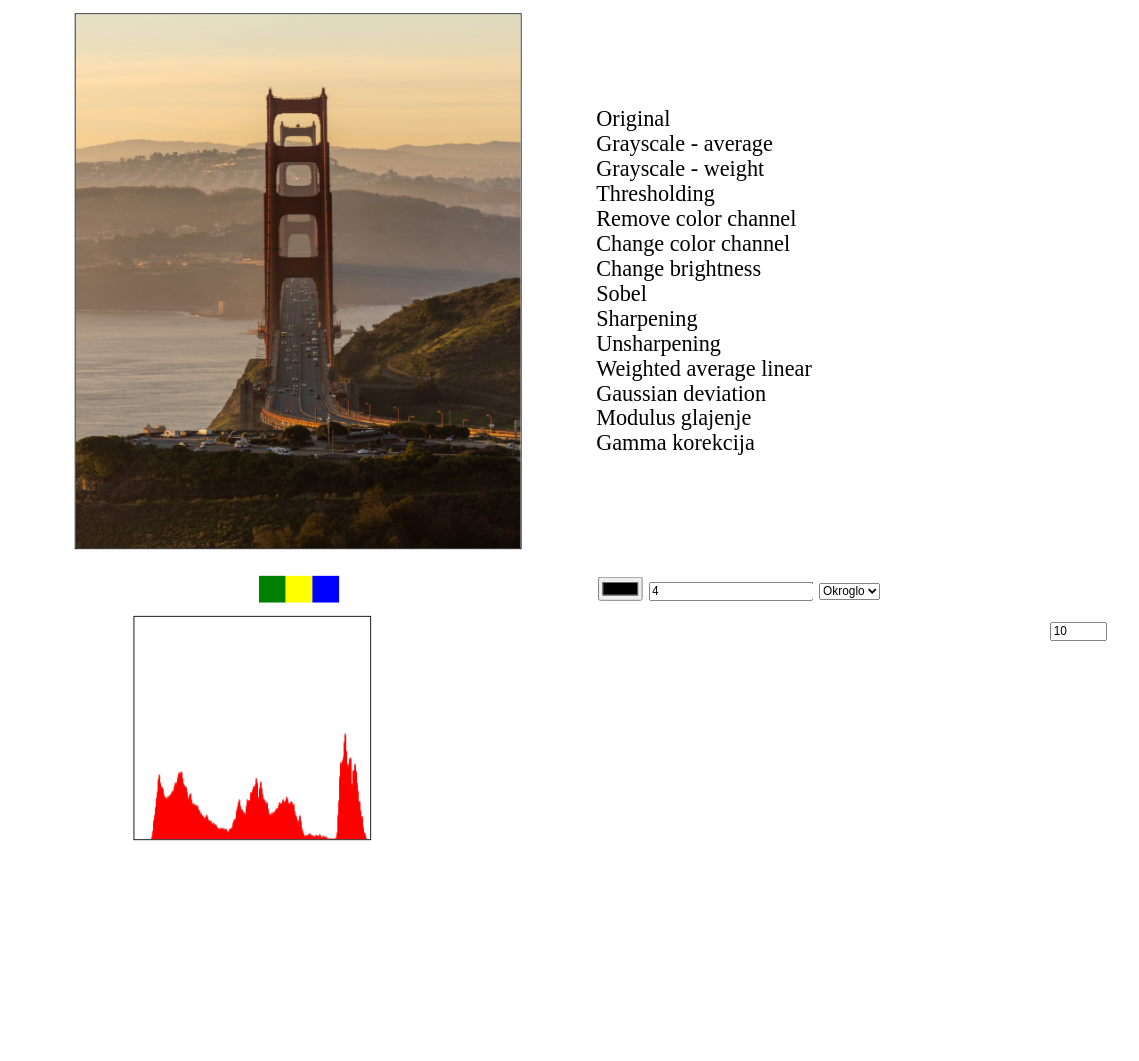
Repository: fussionko/web_photoshop
Page: index.html
The author's editor kept a copy of each file at every save. The page is drawn from the files as they stood at one save, then again after the next save.
The browser window is 1280 px wide. The pictures show the whole page, at 89% of full size.

Above is the page before, as saved 2022-04-28 14:46:58.

### index.html
<!doctype html>
<html lang="en">
    <head>
        <meta charset="utf-8">
        <meta name="viewport" content="width=device-width, initial-scale=1">

        <title>Slike</title>
        <link rel="stylesheet" href="style.css">
    </head>
    <body>
        <div id="container-main">
            <canvas id="main_canvas"></canvas>
            <div id="container-buttons"></div>
            <div id="container-controls"></div>
        </div>
        <div id="container-assist">
            <div id="container-history"><div id="history-back"></div><div id="history-fow"></div><div id="history-reset"></div></div>
            <div id="container-color">
                <input type="color" id="color" value="#000000">
                <input type="number" id="brush-size" step="1" value="4">
                <select id="cap-type">
                    <option value="butt">Butt</option>
                    <option value="round" selected>Okroglo</option>
                    <option value="square">Kvadrat</option>
                </select>
            </div>
        </div>
        <div id="container-histogram">
            <canvas id="main-graph"></canvas>
            <div id="container-graph-data">
                <input type="number" id="basket-num" step="1" max="255" min="1" value="10">
            </div>
        </div>
        <script src="filters.js"></script>
        <script src="draw.js"></script>
        <script src="history.js"></script>
        <script src="graph.js"></script>
        <script src="main.js"></script>
    </body>
</html>

### style.css
html {
    margin: 0;
    width: 100%;
    height: 100%;

    background-color: white !important;
}
body {
    margin: 0;

    display: grid;
    align-items: center;

    font-size: 25px;
    background-color: white !important;
    width: 100%;
    height: 100%;

}

#container-main, #container-assist, #container-historgram {
    margin: 15px 0;
}

#container-main {
    width: 100%;
    display: grid;
    grid-template-columns: auto auto 200px;
    align-items: center;
    justify-content: space-evenly;

}
canvas {

    border: 1px solid black;
}

.button-function {
    border: 1px solid black;
    padding: 5px;
    margin: 5px;;
}

#container-assist {
    display: grid;
    grid-template-columns: auto auto ;
    justify-content: space-evenly;
}

#container-history {
    display: flex;

}

#history-back, #history-fow, #history-reset {
    width: 30px;
    height: 30px;
}

#history-fow {
    background-color: yellow;
}

#history-back {
    background-color: green;
}

#history-reset {
    background-color: blue;
}

#container-histogram {
    display: grid;
    grid-template-columns: 1fr 100px;
    margin-left: 150px;
    margin-bottom: 100px;
    height: 500px;
}

### draw.js
function loadDraw()
{
    document.addEventListener('mousemove', draw);
    document.addEventListener('mousedown', function(e){
        setPosition(e);
        draw(e);
    });
    document.addEventListener('mouseenter', setPosition);
    document.addEventListener('mouseup', function(e){
        if(e.clientX > canvas_x_position + canvas_width || e.clientX < canvas_x_position) return;
        if(e.clientY > canvas_y_position + canvas_height || e.clientY < canvas_y_position) return;
        loadImage(getPixelData());
    });

    document.getElementById("color").addEventListener("change", function(){
        draw_color = this.value;
        console.log(draw_color);
    });

    document.getElementById("brush-size").addEventListener("change", function(){
        brush_size = parseInt(this.value);
        console.log(brush_size);
    });

    document.getElementById("cap-type").addEventListener("change", function(){
        cap_type = this.value;
        console.log(cap_type);
    });
}

let pos = {x:0, y:0}

function setPosition(e)
{
    pos.x = e.clientX - canvas_x_position;
    pos.y = e.clientY - canvas_y_position;
}

let draw_color = "#000000";
let brush_size = 4;
let cap_type = "round";
function draw(e)
{
    if (e.buttons !== 1) return;

    main_ctx.beginPath(); // begin

    main_ctx.lineWidth = brush_size;
    main_ctx.lineCap = cap_type;
    main_ctx.strokeStyle = draw_color;

    main_ctx.moveTo(pos.x, pos.y); // from
    setPosition(e);
    main_ctx.lineTo(pos.x, pos.y); // to

    main_ctx.stroke(); // draw it!


}

function delete_draw(e)
{
    if (e.buttons !== 1) return;

    main_ctx.beginPath(); // begin

    main_ctx.lineWidth = brush_size;
    main_ctx.lineCap = 'round';
    main_ctx.strokeStyle = draw_color;

    main_ctx.moveTo(pos.x, pos.y); // from
    setPosition(e);
    main_ctx.lineTo(pos.x, pos.y); // to

    main_ctx.stroke(); // draw it!
}

### history.js
function loadHistory()
{
    document.getElementById("history-back").addEventListener("click", function(){
        if(moveBackwardHistory() == -1) return;
        loadImageHistory();
    })

    document.getElementById("history-fow").addEventListener("click", function(){
        if(moveFowardHistory() == -1) return;
        loadImageHistory();
    })

    document.getElementById("history-reset").addEventListener("click", function(){
        let draw_image = new ImageData(canvas_width, canvas_height);
        draw_image.data.set(original_img_data);
        history = [draw_image.data];
        currentHistoryIndex = 1;
        current_filter_data["filter"] = "original";
        current_filter_data["index"] = 1;
        current_filter_data["data"] = draw_image.data;
        loadImageHistory();
    })
}

let history = [];
let currentHistoryIndex = 0;
function addToHistory(img_data)
{
    if(checkSame(img_data, history[history.length-1]) == 1) return;
    if(currentHistoryIndex != history.length)
        removeHistoryToIndex();

    history.push(img_data);
    currentHistoryIndex++;
}

function removeHistoryToIndex()
{
    history.splice(currentHistoryIndex, history.length-currentHistoryIndex)
}

function moveFowardHistory()
{
    if(currentHistoryIndex+1 > history.length) return -1;
    currentHistoryIndex++;
    return 1;
}

function moveBackwardHistory()
{
    if(currentHistoryIndex-1 <= 0) return -1;
    currentHistoryIndex--;
    return 1;
}

function getCurrentHistory()
{
    return history[currentHistoryIndex];
}

### graph.js

const graph_width = 265;
const graph_height = 250;

let main_graph;
let graph_ctx;

let normalization_value = 35;
let graph_offset = 5;


function initGraph()
{

    main_graph = document.getElementById("main-graph");
    graph_ctx = main_graph.getContext('2d');
    main_graph.width = graph_width;
    main_graph.height = graph_height;

    document.getElementById("basket-num").addEventListener("change", function(){
        basket_num = parseInt(this.value);
    });

    create_graph()
}

let basket_num = 10;
let basket_size = Math.round(255/basket_num);
const graph_template = {
    "r":{},
    "g":{},
    "b":{}
}
let graph = JSON.parse(JSON.stringify(graph_template));

function create_graph()
{
    // graph = JSON.parse(JSON.stringify(graph_template));
    // for(let i = 1; i <= basket_num; i++)
    // {
    //     graph["r"][basket_size*i] = 0;
    //     graph["g"][basket_size*i] = 0;
    //     graph["b"][basket_size*i] = 0;
    // }
    graph = JSON.parse(JSON.stringify(graph_template));
    for(let i = 0; i <= 255; i++)
    {
        graph["r"][i] = 0;
        graph["g"][i] = 0;
        graph["b"][i] = 0;
    }
}

async function count_Pixel(img_data)
{
    let ranges = Object.keys(graph["r"]);
    console.log(ranges);
    // for(let i = 0; i < img_data.length; i+=4)
    // {
    //     for(const key in ranges)
    //         if(img_data[i] < parseInt(ranges[key]))
    //         {
    //             graph["r"][ranges[key]]++;
    //             break;
    //         }
    //     for(const key in ranges)
    //         if(img_data[i+1] < parseInt(ranges[key]))
    //         {
    //             graph["g"][ranges[key]]++;
    //             break;
    //         }
    //     for(const key in ranges)
    //         if(img_data[i+2] < parseInt(ranges[key]))
    //         {
    //             graph["b"][ranges[key]]++;
    //             break;
    //         }
    // }
   // console.log(graph);
    for(let i = 0; i < img_data.length; i+=4)
    {

        graph["r"][ranges[img_data[i]]]++;
        graph["g"][ranges[img_data[i+1]]]++;
        graph["b"][ranges[img_data[i+2]]]++;
        //drawLine(graph_offset+img_data[i], graph_height, graph_offset+img_data[i], graph_height-graph["r"][ranges[img_data[i]]], "#FF0000")
    }


    normalizeGraph();
    console.log(graph);
    window.requestAnimationFrame(draw_graph_animation);
    //draw_graph();
}

function normalizeGraph()
{
    console.log(normalization_value);
    for(const c in graph)
        for(const range in graph[c])
            graph[c][range] = Math.round(graph[c][range]/normalization_value);
}

let i = 0;
function draw_graph_animation()
{
    graph_ctx.lineWidth = 1;
    for(let range in graph["r"])
    {
        range = parseInt(range);

        if(i <= graph["r"][range])
        {
            graph_ctx.beginPath();
            graph_ctx.moveTo(graph_offset+range, graph_height);
            graph_ctx.strokeStyle = "#FF0000";
            graph_ctx.lineTo(graph_offset+range, graph_height-i);
            graph_ctx.stroke();
            graph_ctx.closePath();
        }



    }
    if(i == 256)
    {
        i=0;
        return;
    }
    i++;
    window.requestAnimationFrame(draw_graph_animation);
}



async function drawLine(x1, y1, x2, y2, color)
{
    graph_ctx.beginPath();

    graph_ctx.strokeStyle = color;
    graph_ctx.moveTo(x1, y1);
    graph_ctx.lineTo(x2, y2);
    graph_ctx.stroke();

    graph_ctx.closePath();
}

function draw_graph()
{
    graph_ctx.lineWidth = 1;
    console.log(graph);
    for(let range in graph["r"])
    {
        range = parseInt(range);

        graph_ctx.beginPath();
        graph_ctx.moveTo(graph_offset+range, graph_height);
        graph_ctx.strokeStyle = "#FF0000";

        graph_ctx.lineTo(graph_offset+range, graph_height-graph["r"][range]);
        graph_ctx.stroke();
        graph_ctx.closePath();

        graph_ctx.beginPath();
        graph_ctx.moveTo(graph_offset+range, graph_height);
        graph_ctx.strokeStyle = "#00FF00";
        graph_ctx.lineTo(graph_offset+range, graph_height-graph["g"][range]);
        graph_ctx.stroke();
        graph_ctx.closePath();

        graph_ctx.beginPath();
        graph_ctx.moveTo(graph_offset+range, graph_height);
        graph_ctx.strokeStyle = "#0000FF";
        graph_ctx.lineTo(graph_offset+range, graph_height-graph["b"][range]);
        graph_ctx.stroke();
        graph_ctx.closePath();
    }


}

Loaded but not shown: main.js (433 lines, source omitted); filters.js (443 lines, source omitted)

After the next save:
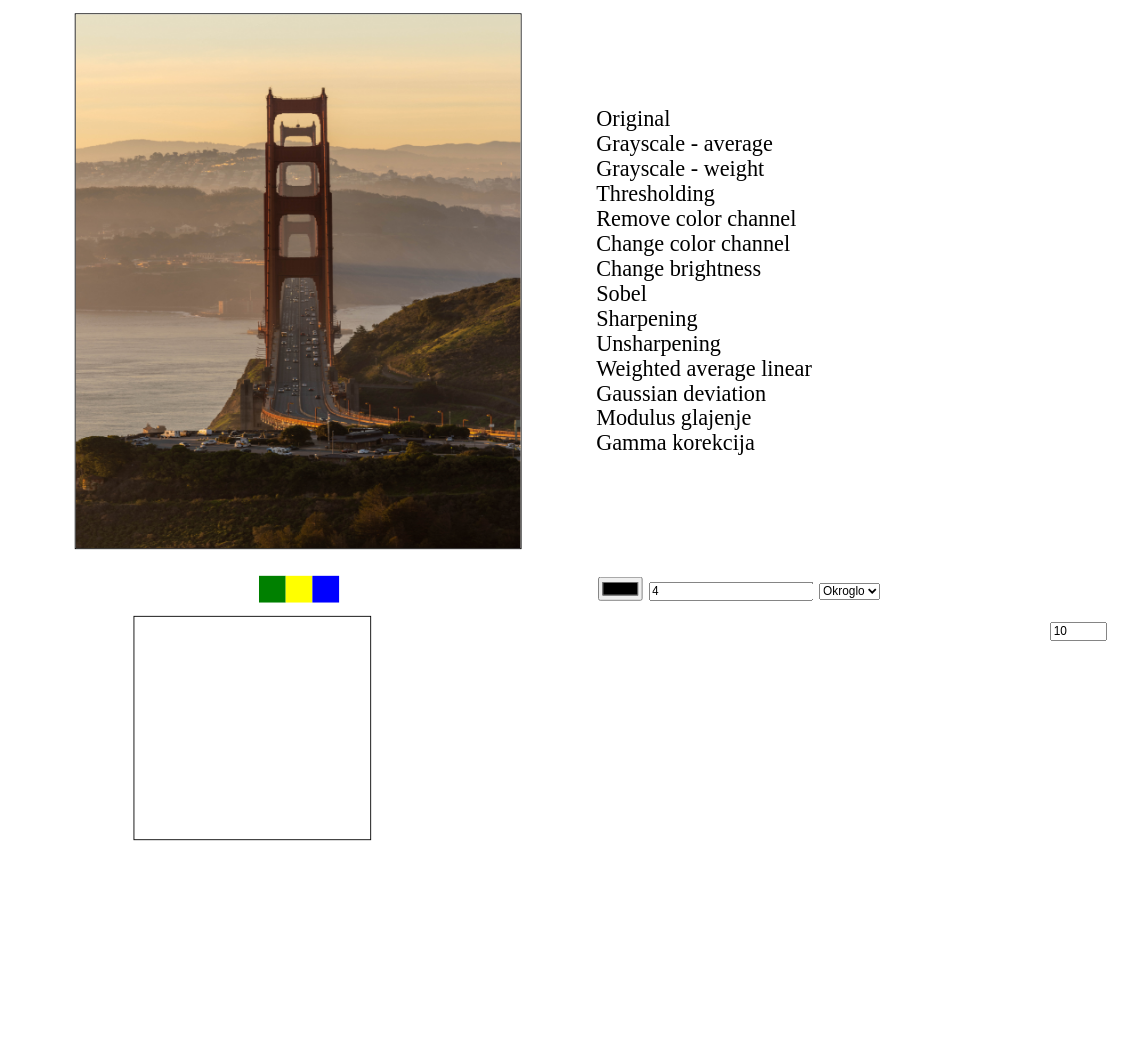
Console error: ReferenceError: cp1x is not defined
Saved 30 s later.
--- a/graph.js
+++ b/graph.js
@@ -111,12 +111,13 @@
 
         if(i <= graph["r"][range])
         {
-            graph_ctx.beginPath();
-            graph_ctx.moveTo(graph_offset+range, graph_height);
-            graph_ctx.strokeStyle = "#FF0000";
-            graph_ctx.lineTo(graph_offset+range, graph_height-i);
-            graph_ctx.stroke();
-            graph_ctx.closePath();
+            // graph_ctx.beginPath();
+            // graph_ctx.moveTo(graph_offset+range, graph_height);
+            // graph_ctx.strokeStyle = "#FF0000";
+            // graph_ctx.lineTo(graph_offset+range, graph_height-i);
+            // graph_ctx.stroke();
+            // graph_ctx.closePath();
+            graph_ctx.bezierCurveTo(cp1x,cp1y,cp2x,cp2y,x,y);
         }
 
 

After the 3 saves that followed:
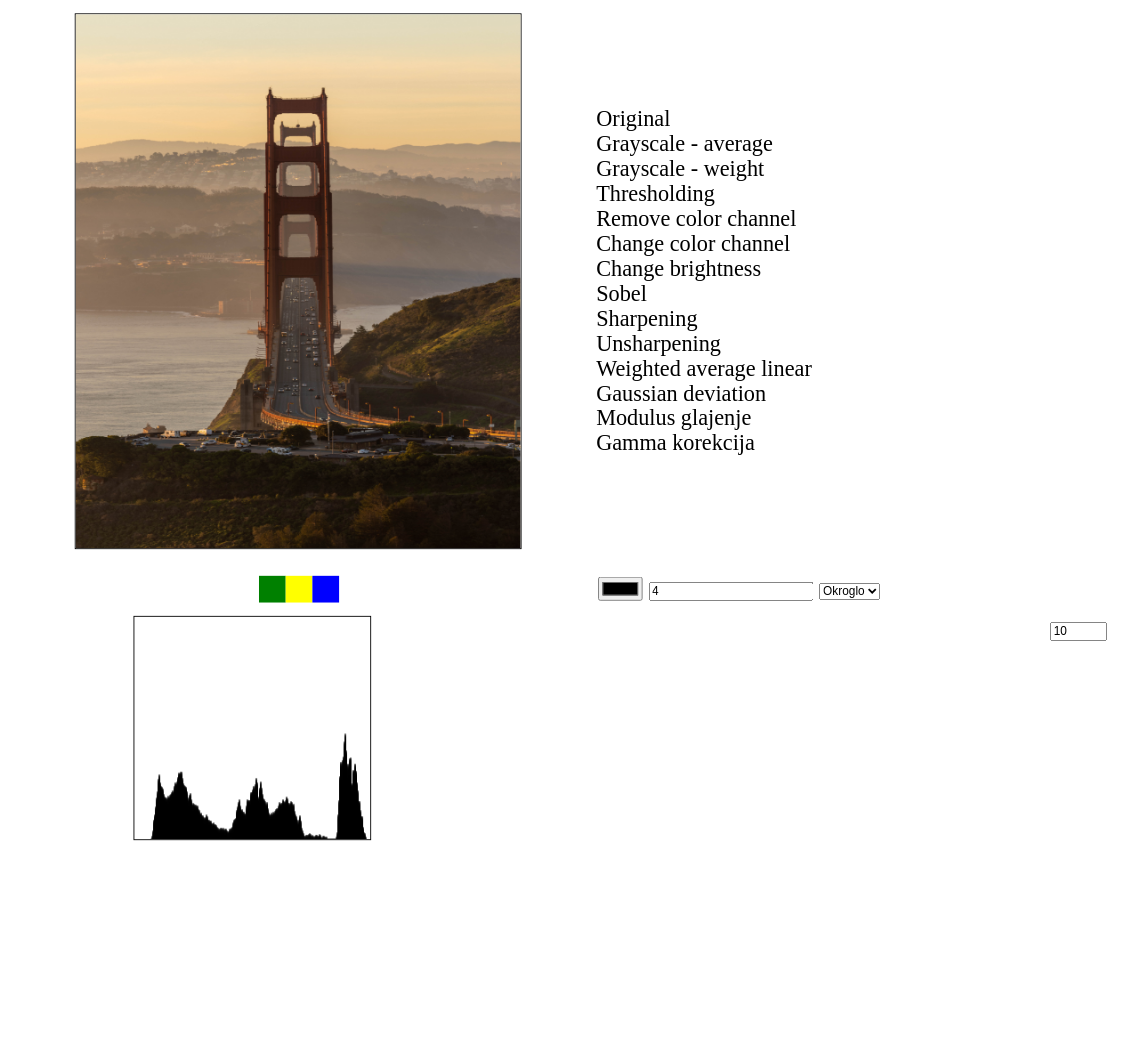
The error is gone.
The 3 saves are shown as one change because 2 left the picture as it was.
The last was saved 7 min 9 s later.
--- a/graph.js
+++ b/graph.js
@@ -117,7 +117,12 @@
             // graph_ctx.lineTo(graph_offset+range, graph_height-i);
             // graph_ctx.stroke();
             // graph_ctx.closePath();
-            graph_ctx.bezierCurveTo(cp1x,cp1y,cp2x,cp2y,x,y);
+            graph_ctx.beginPath();
+            graph_ctx.moveTo(graph_offset+range, graph_height);
+            graph_ctx.bezierCurveTo(graph_offset+range, graph_height, graph_offset+range, graph_height-i, graph_offset+range, graph_height-i);
+
+            graph_ctx.stroke();
+            graph_ctx.closePath();
         }
 
 
